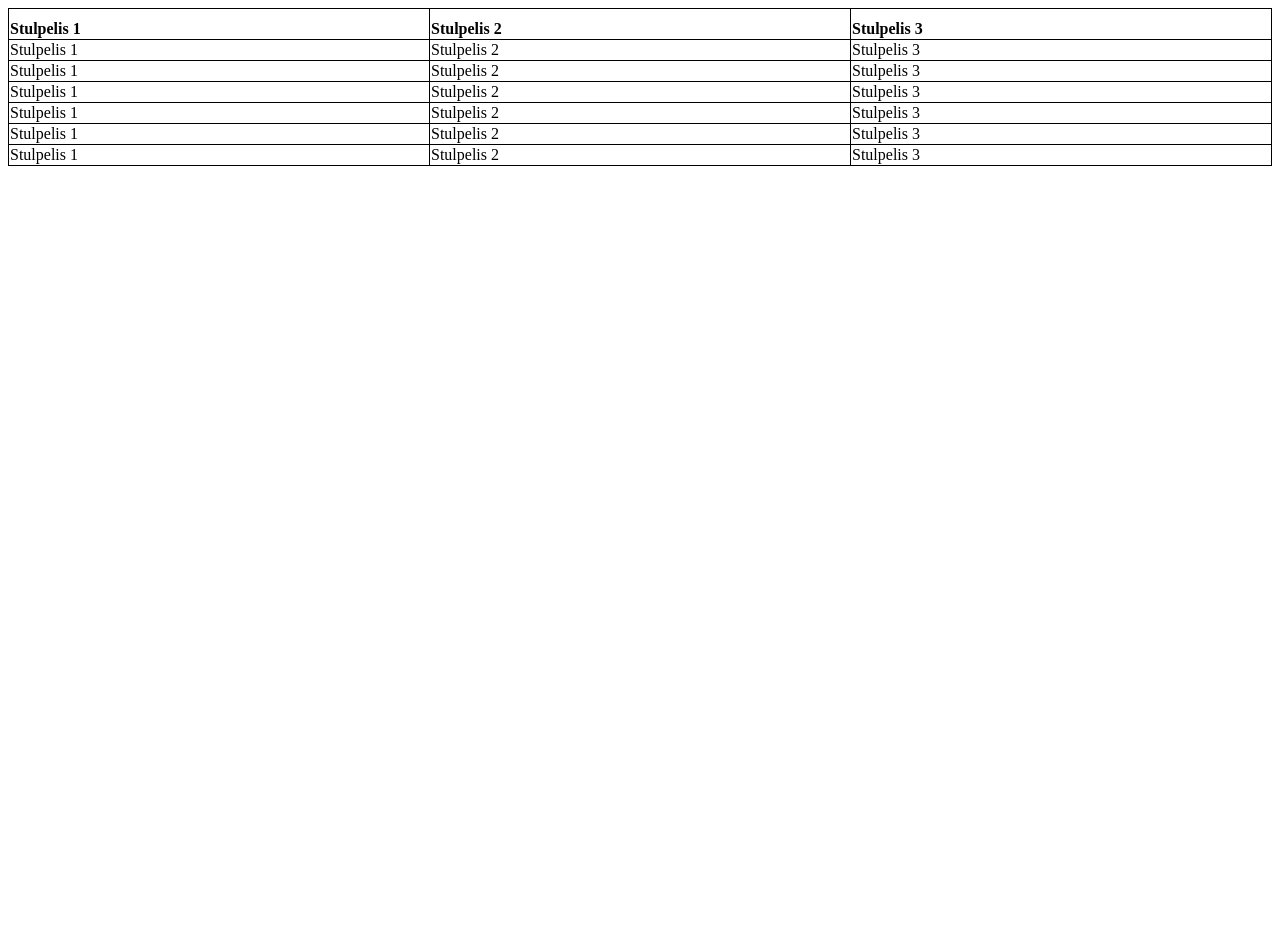
Repository: motiejus1/10-paskaita-05.31
Page: index.html
The author's editor kept a copy of each file at every save. The page is drawn from the files as they stood at one save, then again after the next save.
The browser window is 1280 px wide. The pictures show the part of the page from y = 0 to 952 px (the page is 3174 px tall before and 3184 px after).
Backgrounds fixed to the window are drawn as part of the page.

Above is the page before, as saved 2021-06-16 19:54:42.

After the next save:
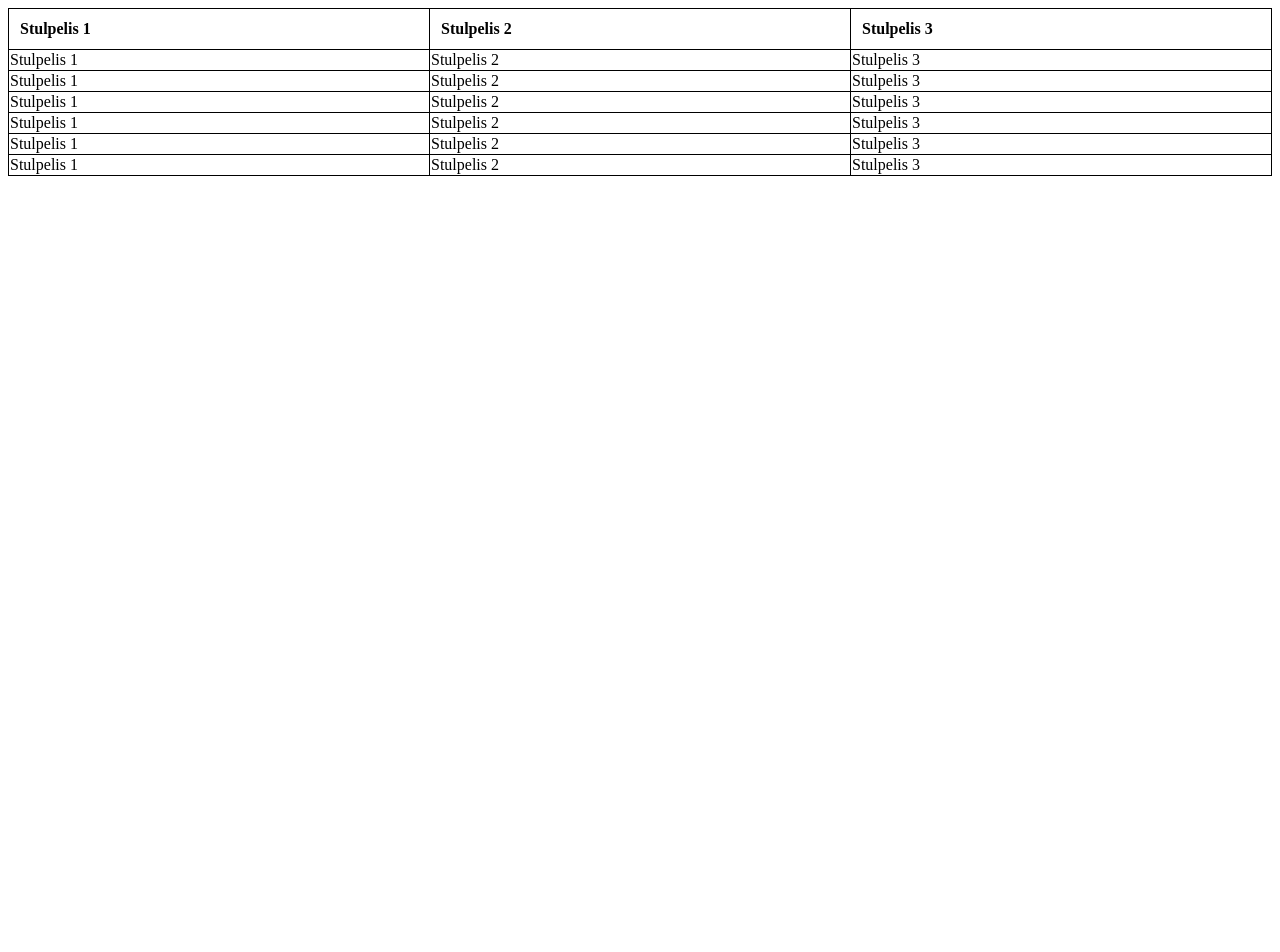
Saved 5 s later.
--- a/index.html
+++ b/index.html
@@ -66,7 +66,7 @@
         th {
             text-align: left;
             padding-top: 11px;
-
+            padding: 11px;
         }
     </style>
 </head>
